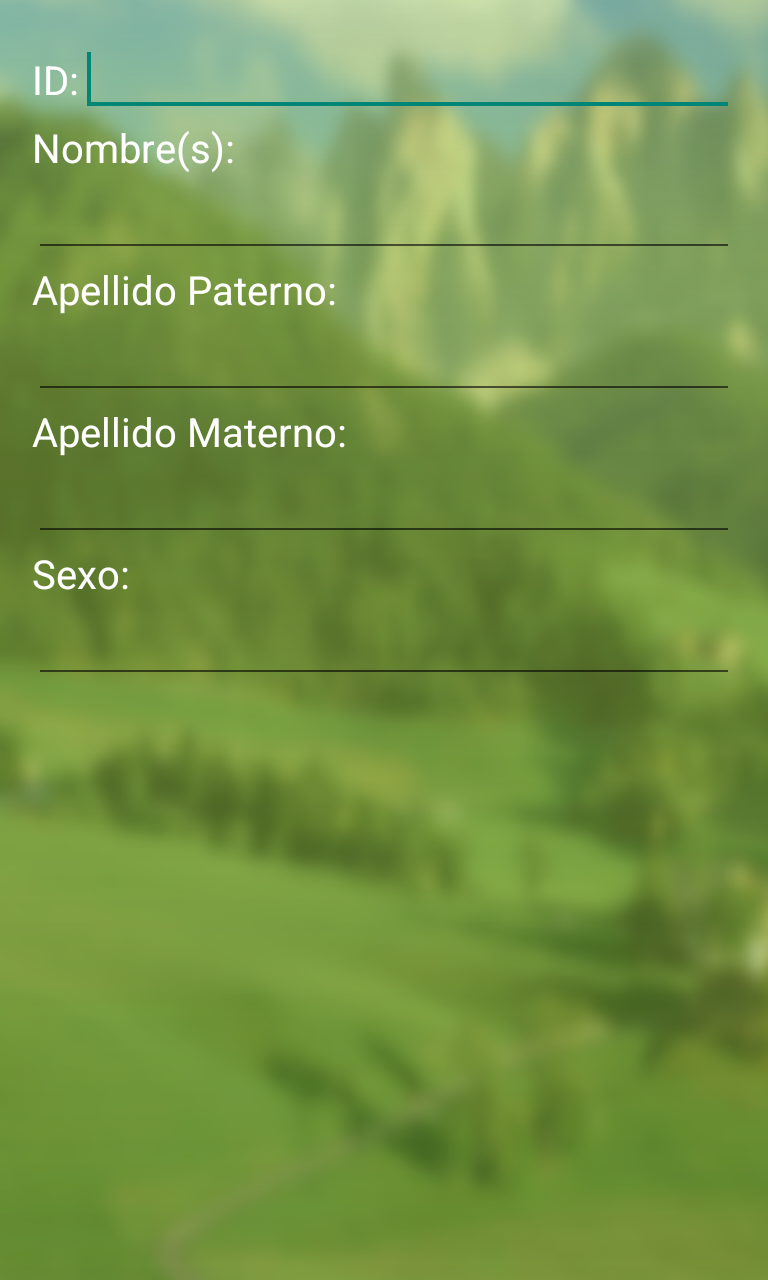
Repository: AntonioloNeviani/ProyectoDeInvestigacion_Android
Layout: FiliiStude/res/layout/activity_nuevo_usuario.xml
An editor plug-in stored every save of this project. The layout is shown before and after the next save, followed by the edit.
It is drawn on a 768 x 1280 px phone screen (xhdpi) without system bars, with theme AppTheme; the app's code is not run.

Above is the layout before, as saved 2015-05-26 08:24:52.

After the next save:
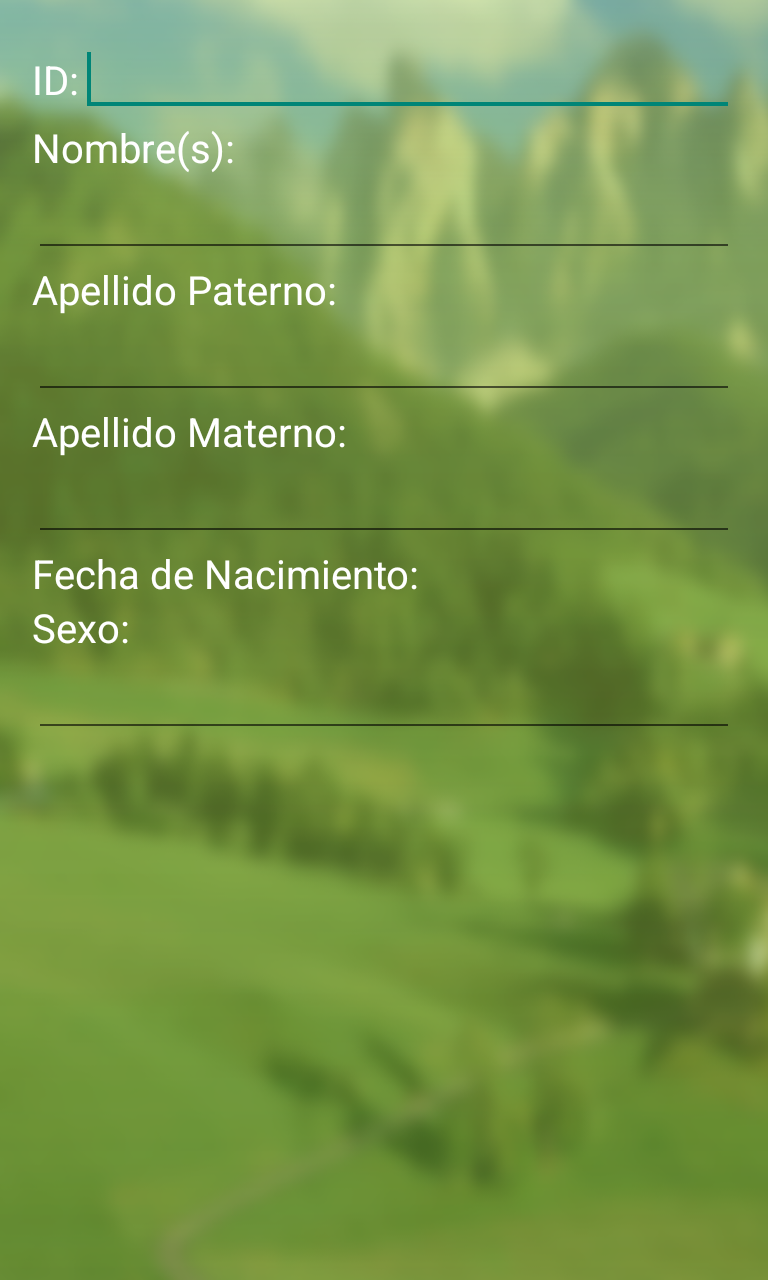
Saved 103 s later.
--- a/FiliiStude/res/layout/activity_nuevo_usuario.xml
+++ b/FiliiStude/res/layout/activity_nuevo_usuario.xml
@@ -93,7 +93,15 @@
             android:textSize="20sp" />
 
         <TextView
-            android:id="@+id/textView5"
+            android:id="@+id/textView6"
+            android:layout_width="wrap_content"
+            android:layout_height="wrap_content"
+            android:text="Fecha de Nacimiento: "
+            android:textColor="#FFFFFF"
+            android:textSize="20sp" />
+
+        <TextView
+            android:id="@+id/textView6"
             android:layout_width="wrap_content"
             android:layout_height="wrap_content"
             android:text="Sexo: "
